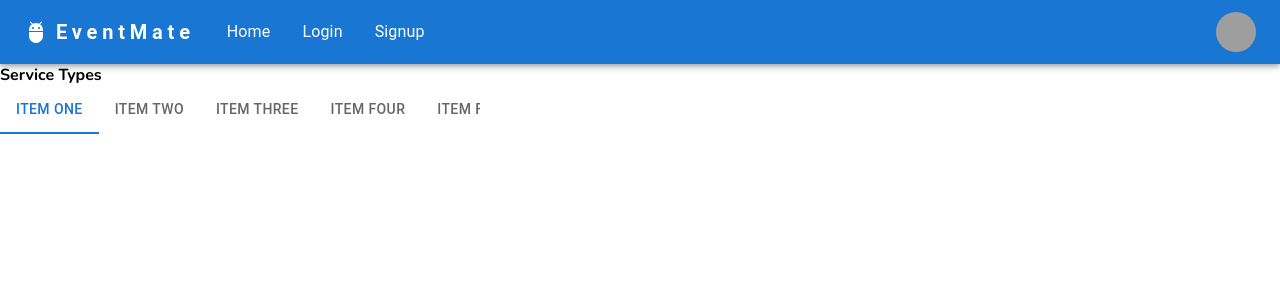
Repository: Farida-Yeasmin-Mim/EventMate_Frontend
Page: /filterpage
These files come from the project's save history. The page is drawn as it stood at one moment and after the next save; the edit follows.
The browser window is 1280 px wide. The pictures show the whole page.
Pictures or frames that could not be fetched are drawn as grey boxes. The page's requests for data from a server got no answer. The project was rebuilt for these pictures with package versions that can differ from the ones it lists, and the page was loaded fresh each time. No one was signed in, and anything a server would have sent is missing. Also part of the build but not shown: src/components/PostRequest.js, src/pages/auth/Login.js, src/components/seletionTextField/selectGender.js, src/pages/auth/Signup.js, src/components/vendor/RegVendor.js, src/components/offer.js, src/components/productcategories.js, src/components/icontabs.js and 15 more.

Above is the page before, as saved 2022-08-16 17:33:50.

### public/index.html
<!DOCTYPE html>
<html lang="en">
  <head>
    <meta charset="utf-8" />
    <link rel="icon" href="%PUBLIC_URL%/favicon.ico" />
    <meta name="viewport" content="width=device-width, initial-scale=1" />
    <meta name="theme-color" content="#000000" />
    <meta
      name="description"
      content="Web site created using create-react-app"
    />
    <link rel="apple-touch-icon" href="%PUBLIC_URL%/logo192.png" />

    <link href="https://fonts.googleapis.com/css2?family=Nunito:ital,wght@0,200;0,300;0,400;0,500;0,600;0,700;0,800;0,900;1,200;1,300;1,400;1,500;1,600;1,700;1,900&family=Raleway:ital,wght@0,100;0,200;0,300;0,400;0,500;0,600;0,700;0,800;0,900;1,100;1,200;1,300;1,400;1,500;1,600;1,700;1,800;1,900&display=swap"
    rel="stylesheet">

    <style>
      * {
        font-family: 'Nunito', sans-serif;
        margin: 0;
      }
    </style>

    <link rel="manifest" href="%PUBLIC_URL%/manifest.json" />

    <title>EventMate</title>
  </head>
  <body>
    <noscript>You need to enable JavaScript to run this app.</noscript>
    <div id="root"></div>

  </body>
</html>

### src/index.js
import React from 'react';
import ReactDOM from 'react-dom/client';
import './index.css';
import App from './App';
import reportWebVitals from './reportWebVitals';
import axios from 'axios';
import Context from './components/context/Context';

axios.defaults.baseURL = 'http://127.0.0.1:8000/api/'
// axios.defaults.baseURL = 'https://guarded-beach-16980.herokuapp.com/api/'
axios.defaults.headers.common['Authorization'] = 'Bearer ' + localStorage.getItem('token')

const root = ReactDOM.createRoot(document.getElementById('root'));
root.render(
  <React.StrictMode>
    <Context>
      <App />
    </Context>
  {/* <App/> */}
  </React.StrictMode>

);

// If you want to start measuring performance in your app, pass a function
// to log results (for example: reportWebVitals(console.log))
// or send to an analytics endpoint. Learn more: https://bit.ly/CRA-vitals
reportWebVitals();

### src/App.js
//import logo from './logo.svg';
import './App.css';
import Login from './pages/auth/Login';
import Signup from './pages/auth/Signup';
import Registration from './components/vendor/RegVendor';
import Offer from './components/Offer';
import ProductCategories from './components/productcategories';
import IconTabs from './components/icontabs';
//import DecorationCard from './components/cards/decoration';
import Services from './components/services';
import AddDecorationsForm from './pages/services/addDecorationsForm';
//import Home from './pages/Home';
import Navbar from './components/Navbar';
import Feed from './components/feed/Feed';
import Dashboard from './components/vendor/Dashboard';
import CreateEvent from './components/event/CreateEvent';
import OrderDetails from './components/event/OrderDetails';
import AppRouter from './components/AppRouter';
import FilterPage from './components/event/filter/FilterPage';
import Notification from './components/Notification';
import SearchBar from './components/event/filter/SearchBar';




function App() {
  return (
    <div className="App">
      {/*



      <Services></Services>
      <Offer></Offer>

      <Login></Login>
      <Signup></Signup>
      <Registration></Registration>
      <AddDecorationsForm></AddDecorationsForm> */}



    {/* <DecorationCard></DecorationCard>  */}
    {/* <ProductCategories></ProductCategories> */}
    {/* <Navbar/>   */}
    {/* <Home/> */}
    {/* <Feed/> */}
    {/* <Dashboard/> */}
    {/* <CreateEvent/> */}
    {/* <OrderDetails/> */}
    {/* <Home/> */}
    {/* <SearchBar/> */}

      {/* <AppRouter /> */}
      {/* */}
      {/* <IconTabs/> */}

      <Notification/>
      <AppRouter/>
      {/* <Home/>  */}
     {/* <FilterPage/> */}

    </div>
  );
}

export default App;

### src/components/context/Context.js
import React, { createContext, useContext, useReducer  } from 'react';
import { faker } from '@faker-js/faker';
import { cartReducer } from './Reducers';
import { dataList } from '../event/filter/constants';

const Cart = createContext();

function Context({children}) {
    // const products = [...Array(20)].map(() => ({
    //     id: faker.datatype.uuid(),
    //     name: faker.commerce.productName(),
    //     price: faker.commerce.price(),
    //     image: faker.image.fashion(),
    //     inStock: faker.helpers.arrayElement([0, 3, 5, 6, 7]),
    //     fastDelivery: faker.datatype.boolean(),
    //     ratings: faker.helpers.arrayElement([1, 2, 3, 4, 5]),
    //   }));
    const products = [...dataList];

      // console.log(products);
      const [state, dispatch] = useReducer(cartReducer, {
        products: products,
        cart: [],
      });


      return (
        <Cart.Provider value={{ state, dispatch }}>
          {children}
        </Cart.Provider>
      );
};

export const CartState = () => {
  return useContext(Cart);
};

export default Context;

### src/App.css
@import url('https://fonts.googleapis.com/css2?family=Raleway:ital,wght@0,100;0,200;0,300;0,400;0,500;0,600;0,700;0,800;0,900;1,100;1,200;1,300;1,400;1,500;1,600;1,700;1,800;1,900&display=swap');


*,
*::after,
*::before{
  margin: 0;
}

body{
  font-family: 'Raleway', sans-serif;
}

input{
  font-family: 'Raleway', sans-serif;
}

/* Chrome Safari and Opera */
/* scrollbar handle */
::-webkit-scrollbar{
  display: none;
}

body{
  -ms-overflow-style: none;   /*work on internet explorer and Edge*/
  scrollbar-width: none;      /*work on Firefox*/
}


.App-logo {
  height: 40vmin;
  pointer-events: none;
}

@media (prefers-reduced-motion: no-preference) {
  .App-logo {
    animation: App-logo-spin infinite 20s linear;
  }
}

.App-header {
  background-color: #282c34;
  min-height: 100vh;
  display: flex;
  flex-direction: column;
  align-items: center;
  justify-content: center;
  font-size: calc(10px + 2vmin);
  color: white;
}

.App-link {
  color: #61dafb;
}

@keyframes App-logo-spin {
  from {
    transform: rotate(0deg);
  }
  to {
    transform: rotate(360deg);
  }
}

### src/components/Navbar.js
import * as React from 'react';
import AppBar from '@mui/material/AppBar';
import Box from '@mui/material/Box';
import Toolbar from '@mui/material/Toolbar';
import IconButton from '@mui/material/IconButton';
import Typography from '@mui/material/Typography';
import Menu from '@mui/material/Menu';
import MenuIcon from '@mui/icons-material/Menu';
import Container from '@mui/material/Container';
import Avatar from '@mui/material/Avatar';
import Button from '@mui/material/Button';
import Tooltip from '@mui/material/Tooltip';
import MenuItem from '@mui/material/MenuItem';
import AdbIcon from '@mui/icons-material/Adb';
import { Link } from "react-router-dom";


// const pages = ['Home', 'About', 'Services', 'Contact Us', 'LogIn', 'SignUp'];
const settings = ['Profile', 'Account', 'Dashboard', 'Logout'];

const Navbar = () => {
  const [anchorElNav, setAnchorElNav] = React.useState(null);
  const [anchorElUser, setAnchorElUser] = React.useState(null);

  const handleOpenNavMenu = (event) => {
    setAnchorElNav(event.currentTarget);
  };
  const handleOpenUserMenu = (event) => {
    setAnchorElUser(event.currentTarget);
  };

  const handleCloseNavMenu = () => {
    setAnchorElNav(null);
  };

  const handleCloseUserMenu = () => {
    setAnchorElUser(null);
  };

  return (
    <AppBar position="static">
      <Container maxWidth="xl">
        <Toolbar disableGutters>
          <AdbIcon sx={{ display: { xs: 'none', md: 'flex' }, mr: 1 }} />


          {/* For Left side EventMate design */}
          <Typography
            variant="h6"
            noWrap
            component="a"
            href="/"
            sx={{
              mr: 2,
              display: { xs: 'none', md: 'flex' },
              fontWeight: 700,
              letterSpacing: '.3rem',
              color: 'inherit',
              textDecoration: 'none',
            }}
          >
            EventMate
          </Typography>

          <Box sx={{ flexGrow: 1, display: { xs: 'flex', md: 'none' } }}>
            <IconButton
              size="large"
              aria-label="account of current user"
              aria-controls="menu-appbar"
              aria-haspopup="true"
              onClick={handleOpenNavMenu}
              color='inherit'
            >
              <MenuIcon />
            </IconButton>


            <Menu
              id="menu-appbar"
              anchorEl={anchorElNav}
              anchorOrigin={{
                vertical: 'bottom',
                horizontal: 'left',
              }}
              keepMounted
              transformOrigin={{
                vertical: 'top',
                horizontal: 'left',
              }}
              open={Boolean(anchorElNav)}
              onClose={handleCloseNavMenu}
              sx={{
                display: { xs: 'block', md: 'none' },
              }}
            >

              {/* pages function for left bar */}
              {/* {pages.map((page) => (
                <MenuItem key={page} onClick={handleCloseNavMenu}>
                  <Typography textAlign="center">{page}</Typography>

                </MenuItem>
              ))} */}
              {/* <MenuItem><Link to="/">Home</Link></MenuItem>
              <MenuItem><Link to="/login">Login</Link></MenuItem>
              <MenuItem><Link to="/signup">Signup</Link></MenuItem> */}

            </Menu>
          </Box>


          {/* <AdbIcon sx={{ display: { xs: 'flex', md: 'none' }, mr: 1 }} />
          <Typography
            variant="h5"
            noWrap
            component="a"
            href=""
            sx={{
              mr: 2,
              display: { xs: 'flex', md: 'none' },
              flexGrow: 1,
              fontFamily: 'monospace',
              fontWeight: 700,
              letterSpacing: '.3rem',
              color: 'white',
              textDecoration: 'none',
            }}
          >
            EventMate
          </Typography> */}




           {/* left side pages button design */}
          {/* <Box sx={{ flexGrow: 1, display: { xs: 'none', md: 'flex' } }}>
            {pages.map((page) => (
              <Button
                key={page}
                onClick={handleCloseNavMenu}
                sx={{ my: 2, color: 'white', display: 'block' }}
              >
                {page}
              </Button>
            ))}
          </Box> */}
          {/* <Box sx={{ flexGrow: 1, display: { xs: 'none', md: 'flex' } }}>
              <Button
                key={page}
                onClick={handleCloseNavMenu}
                sx={{ my: 2, color: 'white', display: 'block' }}
              >


              </Button>
          </Box> */}

          <Box sx={{ flexGrow: 1, display: { xs: 'none', md: 'flex' } }}>
              <Link to="/" style={{ textDecoration: 'none', color: 'white', display: 'block', my: 2 }} ><MenuItem> Home</MenuItem></Link>
              <Link to="/login" style={{ textDecoration: 'none', color: 'white', display: 'block', my: 2 }}><MenuItem>Login</MenuItem></Link>
              <Link to="/signup" style={{ textDecoration: 'none', color: 'white', display: 'block', my: 2 }}><MenuItem>Signup</MenuItem></Link>
          </Box>



           {/* right side iconbar design*/}
          <Box sx={{ flexGrow: 0 }}>
            <Tooltip title="Open settings">
              <IconButton onClick={handleOpenUserMenu} sx={{ p: 0 }}>
                <Avatar alt="Remy Sharp" src="https://avatars.githubusercontent.com/u/76836136?s=400&u=6b029a033204aea30687591bedb424dcbfbea46a&v=4" />
              </IconButton>
            </Tooltip>


            <Menu
              sx={{ mt: '45px' }}
              id="menu-appbar"
              anchorEl={anchorElUser}
              anchorOrigin={{
                vertical: 'top',
                horizontal: 'right',
              }}
              keepMounted
              transformOrigin={{
                vertical: 'top',
                horizontal: 'right',
              }}
              open={Boolean(anchorElUser)}
              onClose={handleCloseUserMenu}
            >

              {/* settings function for right iconbar */}
              {/* {settings.map((setting) => (
                <MenuItem key={setting} onClick={handleCloseUserMenu}>
                  <Typography textAlign="center">{setting}</Typography>
                </MenuItem>
              ))} */}
              <Link to="/logout" style={{ textDecoration: 'none', color: 'gray', display: 'block', my: 2 }}><MenuItem><Typography textAlign="center">Logout</Typography></MenuItem></Link>

            </Menu>
          </Box>


        </Toolbar>
      </Container>
    </AppBar>
  );
};
export default Navbar;

### src/components/AppRouter.js
import React from 'react';
import { BrowserRouter as Router, Routes, Route } from "react-router-dom";
import Login from '../pages/auth/Login';
import Logout from '../pages/auth/Logout';
import Signup from '../pages/auth/Signup';
import Home from '../pages/Home';
import CreateEvent from './event/CreateEvent';
import OrderDetails from './event/OrderDetails';
import SelectServices from './event/SelectServices';
import Feed from './feed/Feed';
import Navbar from './Navbar';
import Dashboard from './vendor/Dashboard';
import Vendor_reg from './vendor/RegVendor';
import Offer from './Offer';
import ProductCategories from './productcategories';
import AddDecorationsForm from '../pages/services/addDecorationsForm';
import FilterPage from './event/filter/FilterPage';



function AppRouter(props) {
    return (
        <Router>

            <Navbar />
            <Routes>
                <Route path="/" exact element={<Home/>} />
                <Route path="/login" element={<Login/>} />
                <Route path="/logout" element={<Logout/>} />
                <Route path="/signup" element={<Signup/>} />
                <Route path="/feed" element={<Feed/>} />
                <Route path="/vendor_reg" element={<Vendor_reg/>} />
                <Route path="/vendor_dashboard" element={<Dashboard/>} />
                <Route path="/event_create" element={<CreateEvent/>} />
                <Route path="/productcategories" element={<ProductCategories/>} />
                <Route path="/select_services" element={<SelectServices/>} />
                <Route path="/Order_details" element={<OrderDetails/>} />
                <Route path="/Offer" element={<Offer/>} />
                <Route path="/addDecorationsForm" element={<AddDecorationsForm/>} />
                <Route path="/filterpage" element={<FilterPage/>} />

                {/* path="file name" element="file function" */}


            </Routes>

      </Router>
    );
}

export default AppRouter;

### src/components/event/filter/FilterPage.js
// import * as React from 'react';
// import Box from '@mui/material/Box';
// import Tab from '@mui/material/Tab';
// import TabContext from '@mui/lab/TabContext';
// import TabList from '@mui/lab/TabList';
// import TabPanel from '@mui/lab/TabPanel';

// export default function LabTabs() {
//     const [value, setValue] = React.useState('1');

//     const handleChange = (event, newValue) => {
//         setValue(newValue);
//     };

//     return (
//         <Box sx={{ width: '100%', typography: 'body1' }}>
//             <TabContext value={value}>
//                 <Box sx={{ borderBottom: 1, borderColor: 'divider' }}>
//                     <TabList onChange={handleChange} aria-label="lab API tabs example">
//                         <Tab label="Item One" value="1" />
//                         <Tab label="Item Two" value="2" />
//                         <Tab label="Item Three" value="3" />
//                     </TabList>
//                 </Box>
//                 <TabPanel value="1">Item One</TabPanel>
//                 <TabPanel value="2">Item Two</TabPanel>
//                 <TabPanel value="3">Item Three</TabPanel>
//             </TabContext>
//         </Box>
//     );
// }
import * as React from 'react';
import Tabs from '@mui/material/Tabs';
import Tab from '@mui/material/Tab';
import Box from '@mui/material/Box';
import { Grid } from '@mui/material';

export default function ScrollableTabsButtonAuto() {
    const [value, setValue] = React.useState(0);

    const handleChange = (event, newValue) => {
        setValue(newValue);
    };

    return (
        <Grid>
            <Grid item>
                <h4>Service Types</h4>

            </Grid>
            <Grid item>

                <Box sx={{ maxWidth: { xs: 320, sm: 480 }, bgcolor: 'background.paper' }}>
                    <Tabs
                        value={value}
                        onChange={handleChange}
                        variant="scrollable"
                        scrollButtons="auto"
                        aria-label="scrollable auto tabs example"
                    >
                        <Tab label="Item One" />
                        <Tab label="Item Two" />
                        <Tab label="Item Three" />
                        <Tab label="Item Four" />
                        <Tab label="Item Five" />
                        <Tab label="Item Six" />
                        <Tab label="Item Seven" />
                    </Tabs>
                </Box>
            </Grid>

        </Grid>

    );
}

### src/components/Notification.js
import React from 'react';
import Pusher from "pusher-js"
import Echo from 'laravel-echo';

function Notification(props) {

    const options = {
        broadcaster: 'pusher',
        // key: config.pusher.key,
        key: "5b9c0add29710ce63a0d",
        cluster: "ap2",
        forceTLS: "false",
        //authEndpoint is your apiUrl + /broadcasting/auth
        authEndpoint: "http://127.0.0.1:8000/broadcasting/auth",
        // As I'm using JWT tokens, I need to manually set up the headers.
        auth: {
          headers: {
            Authorization: 'Bearer ' + localStorage.getItem('token'),
            Accept: 'application/json',
          },
        },
      };
    const userId = 2;
    const echo = new Echo(options);
    echo.private(`App.User.${userId}`).notification((data) => {
        console.log(data.comment.body);
        window.alert(data.comment.body);
    });
    return (
        <div>

        </div>
    );
}

export default Notification;

### src/components/context/Reducers.js
export const cartReducer = (state, action) => {

    switch (action.type) {
      case "ADD_TO_CART":
        return { ...state, cart: [...state.cart, { ...action.payload, qty: 1 }] };
      case "REMOVE_FROM_CART":
        return {
          ...state,
          cart: state.cart.filter((c) => c.id !== action.payload.id),
        };
      // case "CHANGE_CART_QTY":
      //   return {
      //     ...state,
      //     cart: state.cart.filter((c) =>
      //       c.id === action.payload.id ? (c.qty = action.payload.qty) : c.qty
      //     ),
      //   };
      default:
        return state;
    }
  };

### src/components/event/filter/constants.js
import nacho from "./images/dishes/nacho-burger.jpg";


// For Category List
export const categoryList = [
    {
      id: 1,
      value: 'decoration',
      label: '💫 Decoration',
    },

    {
      id: 2,
      value: 'catering',
      label: '🍕 Catering',
    },
  ];

  // For Rating List
  export const ratingList = [
    {
      id: 1,
      value: '1',
      label: '1🌟',
    },
    {
      id: 2,
      value: '2',
      label: '2🌟',
    },
    {
      id: 3,
      value: '3',
      label: '3🌟',
    },
    {
      id: 4,
      value: '4',
      label: '4🌟',
    },
    {
      id: 5,
      value: '5',
      label: '5🌟',
    },
  ];


  // For side List
  export const dataList = [

    /*For Decoration*/
    {
      id: 1,
      title: 'Wedding Decoration 1',
      serviceTime: '7 days',
      deliveryFee: 3.44,
      category: 'decoration',
      decoration: 'Wedding',
      rating: 5,
      price: 2500,
      coverSrc: nacho,
    },
    {
      id: 2,
      title: 'Birthday Decoration 1',
      serviceTime: '15-20min',
      deliveryFee: 4.94,
      category: 'decoration',
      decoration: 'Birthday',
      rating: 4,
      price: 1000,
      coverSrc: 'https://m.media-amazon.com/images/I/81nU6clDgEL.jpg',
    },
    {
      id: 3,
      title: 'chow',
      serviceTime: '30-22min',
      deliveryFee: 4.94,
      category: 'decoration',
      decoration: 'Proposal',
      rating: 3,
      price: 2000,
      coverSrc: 'https://img.freepik.com/free-vector/night-ocean-landscape-full-moon-stars-shine_107791-7397.jpg?w=2000',
    },
    {
      id: 4,
      title: 'wharf seafood',
      serviceTime: '10-18min',
      deliveryFee: 2.14,
      category: 'decoration',
      decoration: 'Wedding',
      rating: 1,
      price: 1800,
      coverSrc: '/images/places/sea.jpg',
    },
    {
      id: 5,
      title: 'Tossin',
      serviceTime: '25-30min',
      deliveryFee: 6.79,
      category: 'decoration',
      decoration: 'Proposal',
      rating: 5,
      price: 2000,
      coverSrc: '/images/places/italiian.jpg',
    },
    {
      id: 6,
      title: 'stories noodles',
      serviceTime: '5-15min',
      deliveryFee: 2.87,
      category: 'decoration',
      decoration: 'Birthday',
      rating: 5,
      price: 3500,
      coverSrc: '/images/places/fookyew2.jpg',
    },

    /*For Catering*/
    {
      id: 7,
      title: 'Nacho cheeseburger',
      serviceTime: '50-65min',
      deliveryFee: 8.5,
      category: 'catering',
      decoration: 'american',
      rating: 2,
      price: 2200,
      coverSrc: '../filter/images/dishes/nacho-burger.jpg',
      // /images/dishes/nacho-burger.jpg
    },
    {
      id: 8,
      title: 'Mushroom Risotto',
      serviceTime: '10-15min',
      deliveryFee: 1.8,
      category: 'catering',
      decoration: 'italian',
      rating: 1,
      price: 1900,
      coverSrc: '/images/dishes/Mushroom-Risotto-Recipe-1-1200.jpg',
    },
    {
      id: 9,
      title: 'Shitake Fried Rice',
      serviceTime: '12-18min',
      deliveryFee: 3.33,
      category: 'catering',
      decoration: 'chinese',
      rating: 4,
      price: 2750,
      coverSrc: '/images/dishes/shiitake-salmon-fried-rice-0218-103230720.jpg',
    },
    {
      id: 10,
      title: 'Pesto chicken stew',
      serviceTime: '30-38min',
      deliveryFee: 1.9,
      category: 'catering',
      decoration: 'american',
      rating: 2,
      price: 4350,
      coverSrc: '/images/dishes/pesto-chicken.jpg',
    },
    {
      id: 11,
      title: 'Bruschetta',
      serviceTime: '16-20min',
      deliveryFee: 4.1,
      category: 'catering',
      decoration: 'italian',
      rating: 3,
      price: 3300,
      coverSrc: '/images/dishes/as-tomato-bruschetta-articleLarge.jpg',
    },
    {
      id: 12,
      title: 'Dim Sums',
      serviceTime: '24-30min',
      deliveryFee: 1.5,
      category: 'catering',
      decoration: 'chinese',
      rating: 2,
      price: 4100,
      coverSrc: '/images/dishes/dimsums.jpg',
    },
  ];

Loaded but not shown: src/index.css (common file); src/reportWebVitals.js (common file)

After the next save:
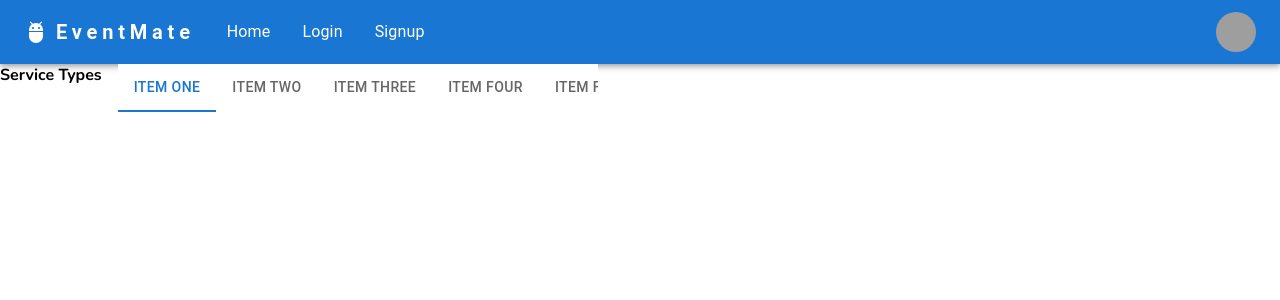
Saved 86 s later.
--- a/src/components/event/filter/FilterPage.js
+++ b/src/components/event/filter/FilterPage.js
@@ -43,7 +43,7 @@ export default function ScrollableTabsButtonAuto() {
     };
 
     return (
-        <Grid>
+        <Grid container spacing={2}>
             <Grid item>
                 <h4>Service Types</h4>
 
